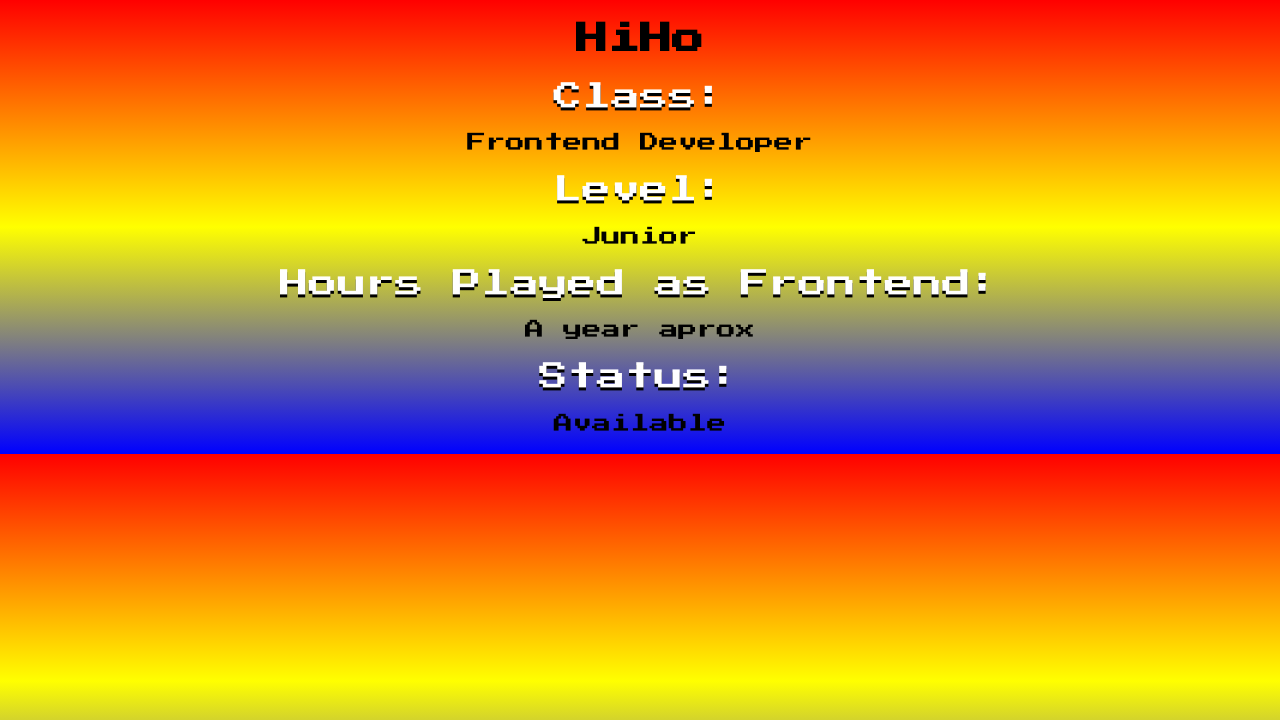
Repository: sernalab/soon
Page: index.html
An editor plug-in stored every save of this project. The page is shown before and after the next save, followed by the edit.
The browser window is 1280 px wide. The pictures show the whole page.
Some web fonts or font styles are not loaded; a fallback is used.

Above is the page before, as saved 2018-12-24 01:09:49.

After the next save:
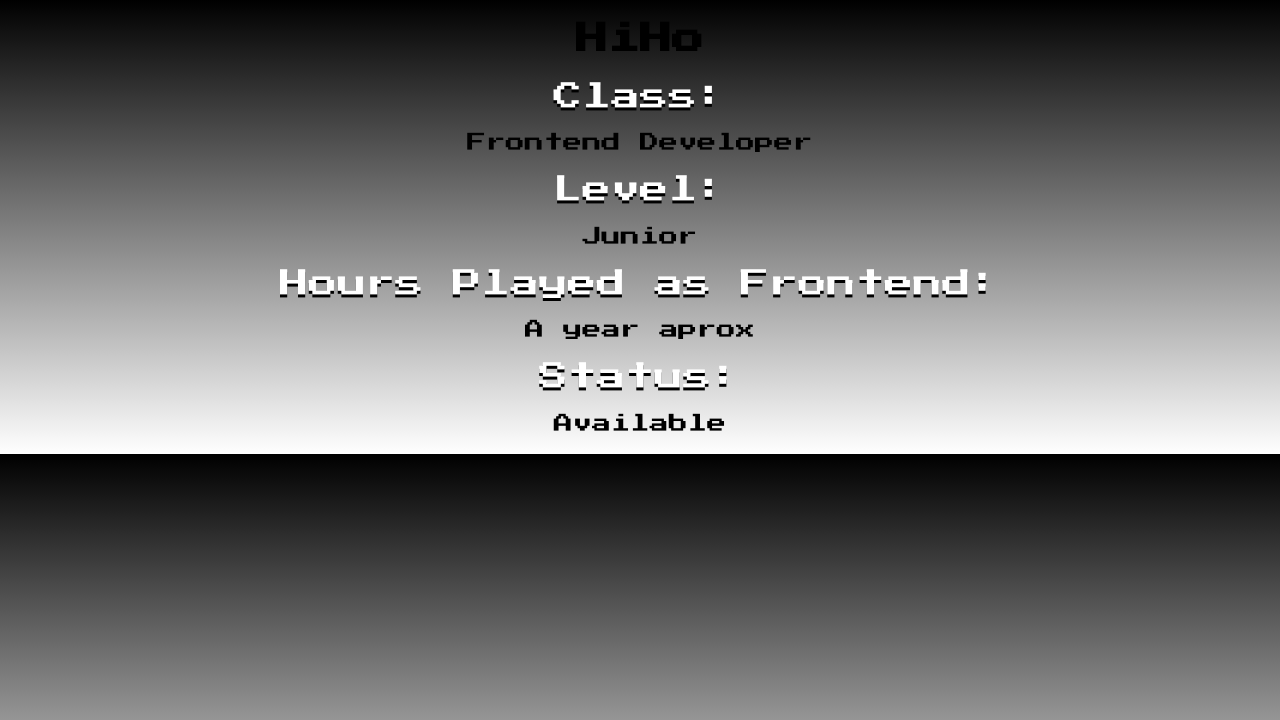
Saved 17 s later.
--- a/css/styles.css
+++ b/css/styles.css
@@ -422,7 +422,7 @@ template {
 /* custom css */
 
 body {
-    background-image: linear-gradient(red, yellow, blue);
+    background-image: linear-gradient(black, white);
     font-family: 'Press Start 2P';
     background-repeat: repeat;
 }
